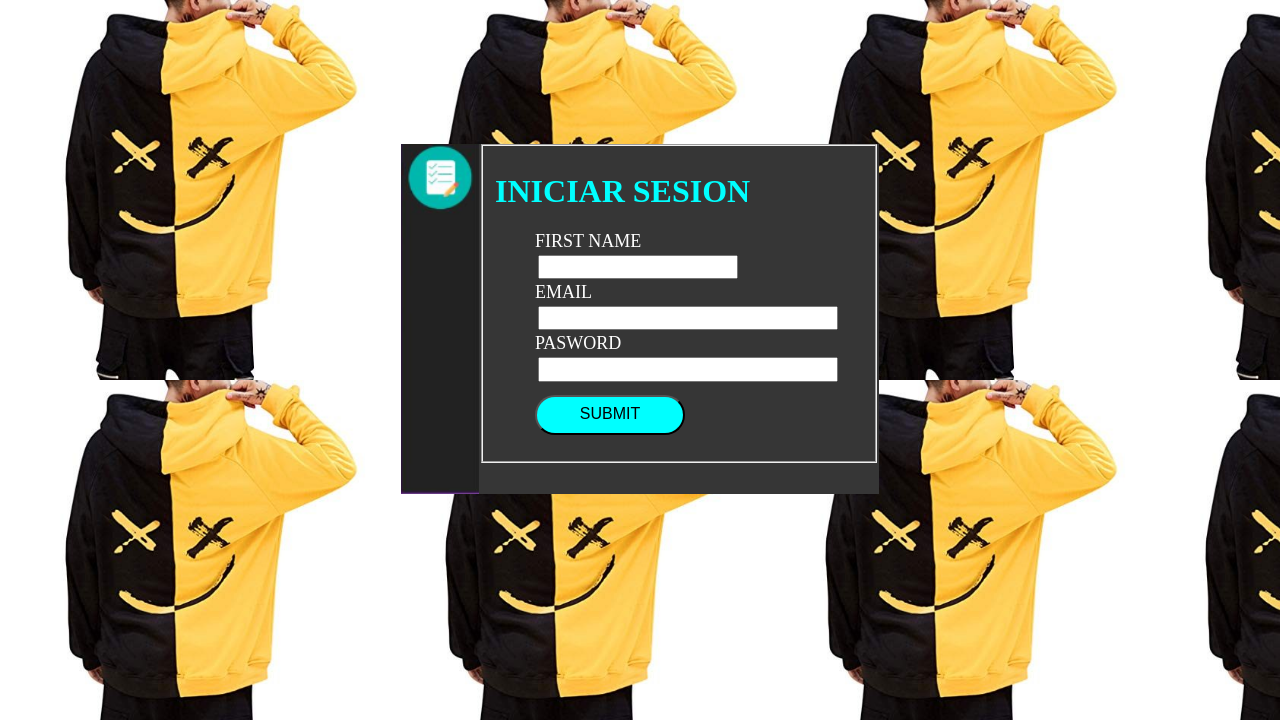
Repository: danilugones10/Proyecto
Page: formulario.html
An editor plug-in stored every save of this project. The page is shown before and after the next save, followed by the edit.
The browser window is 1280 px wide. The pictures show the whole page.
Some web libraries are served in a nearby version.

Above is the page before, as saved 2021-03-20 12:59:44.
Console error: TypeError: Cannot read properties of null (reading 'appendChild')

After the next save:
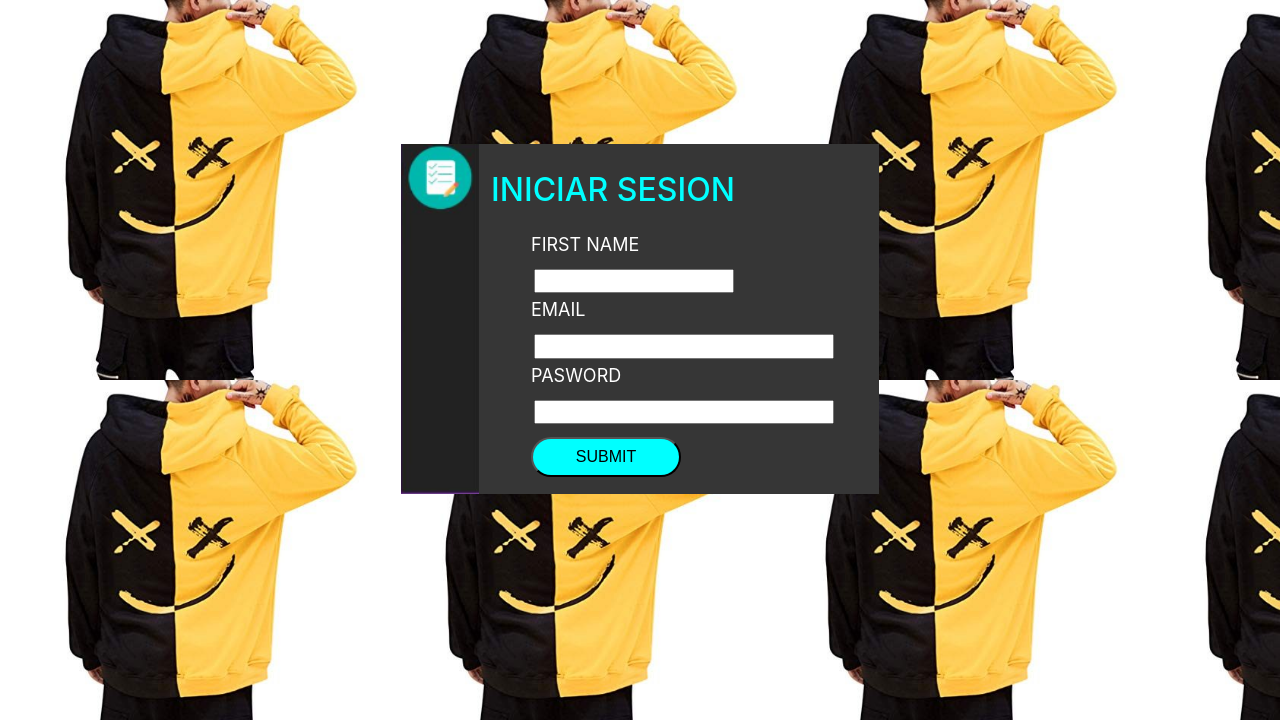
Saved 5 s later.
--- a/formulario.html
+++ b/formulario.html
@@ -4,6 +4,8 @@
     <meta charset="UTF-8">
     <meta name="viewport" content="width=device-width, initial-scale=1.0">
     <title>Document</title>
+    <link rel="stylesheet" href="https://cdn.jsdelivr.net/npm/bootstrap@4.6.0/dist/css/bootstrap.min.css" integrity="sha384-B0vP5xmATw1+K9KRQjQERJvTumQW0nPEzvF6L/Z6nronJ3oUOFUFpCjEUQouq2+l" crossorigin="anonymous">
+    <link rel="stylesheet" href="https://cdn.jsdelivr.net/npm/bootstrap-icons@1.4.0/font/bootstrap-icons.css">
     <link rel="stylesheet" href="css/normalize.css">
     <link rel="stylesheet" href="css/style_form.css">
 </head>
